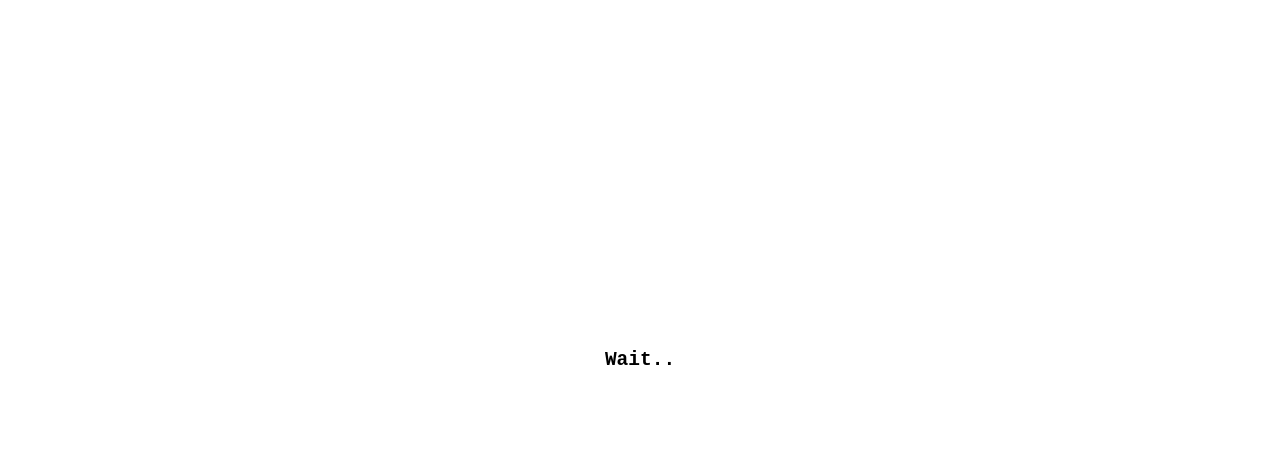
Repository: Cat-Of-Devil/tic-tac-toe-online
Page: index.html
An editor plug-in stored every save of this project. The page is shown before and after the next save, followed by the edit.
The browser window is 1280 px wide. The pictures show the whole page.

Above is the page before, as saved 2019-07-30 21:03:45.
Console error: ReferenceError: hash is not defined

After the next save:
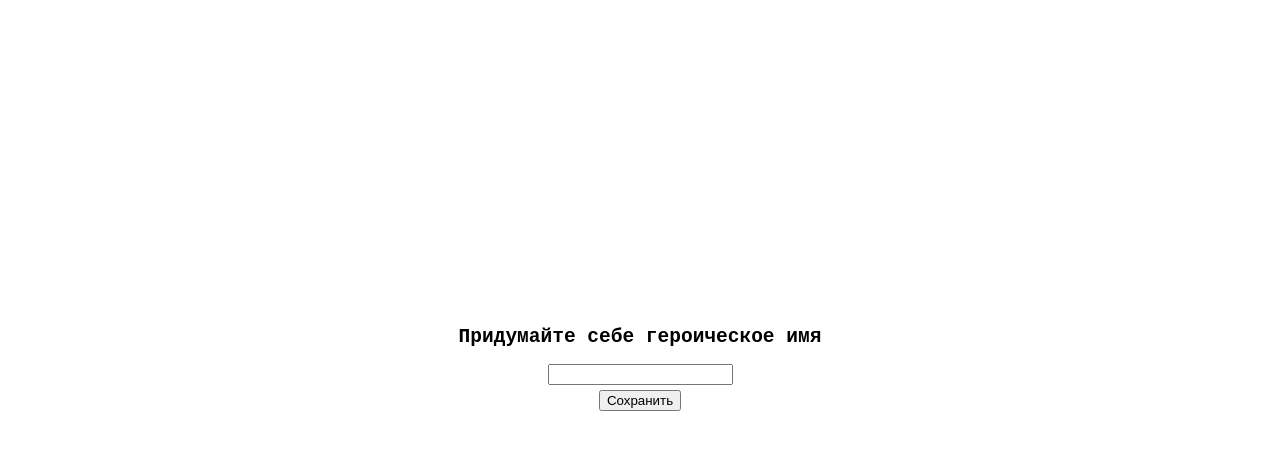
The error is gone.
Saved 15 s later.
--- a/main.js
+++ b/main.js
@@ -32,7 +32,7 @@
     }
   }
 
-  function showPage() {
+  function showPage(hash) {
     containers.forEach(function(o, i){
       if (!o.matches('.js-'+hash)) {
         o.classList.add('hidden');
